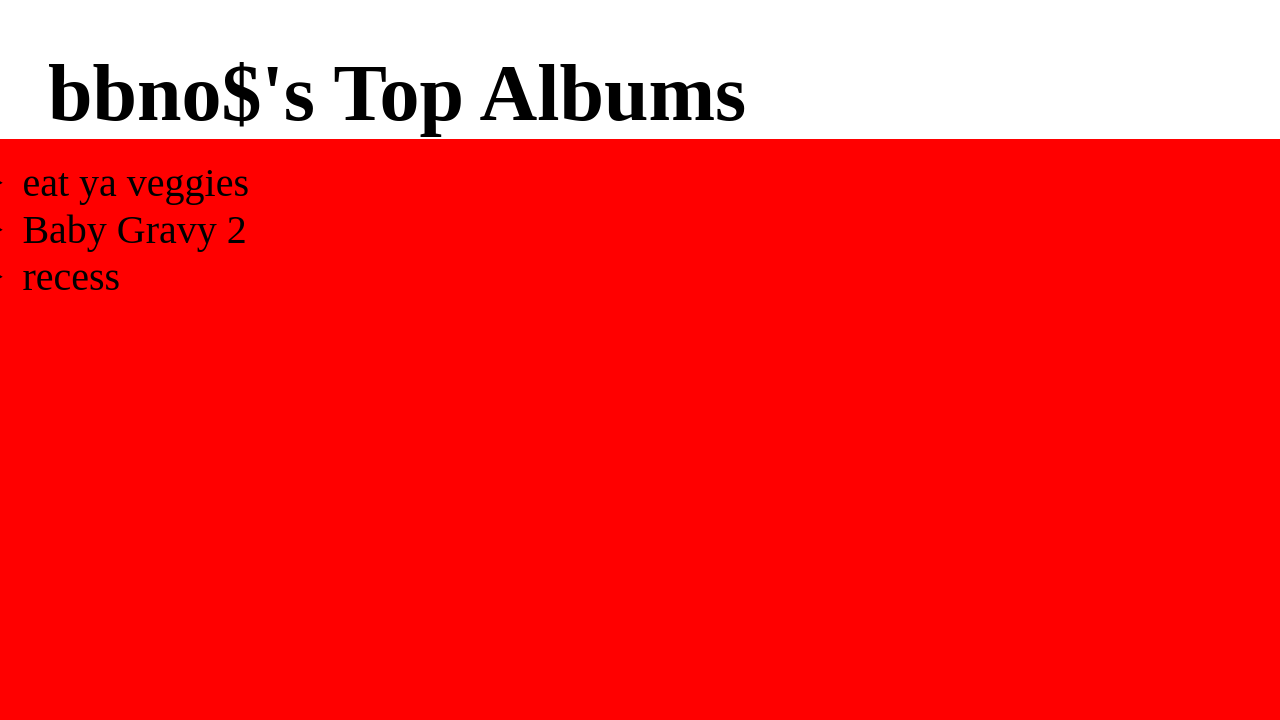
Repository: Jennica1/Lab1
Page: /
An editor plug-in stored every save of this project. The page is shown before and after the next save, followed by the edit.
The browser window is 1280 px wide. The pictures show the whole page.
The project was rebuilt for these pictures with package versions that can differ from the ones it lists, and the page was loaded fresh each time. Also part of the build but not shown: vite.config.js.

Above is the page before, as saved 2024-09-09 18:28:49.

After the next save:
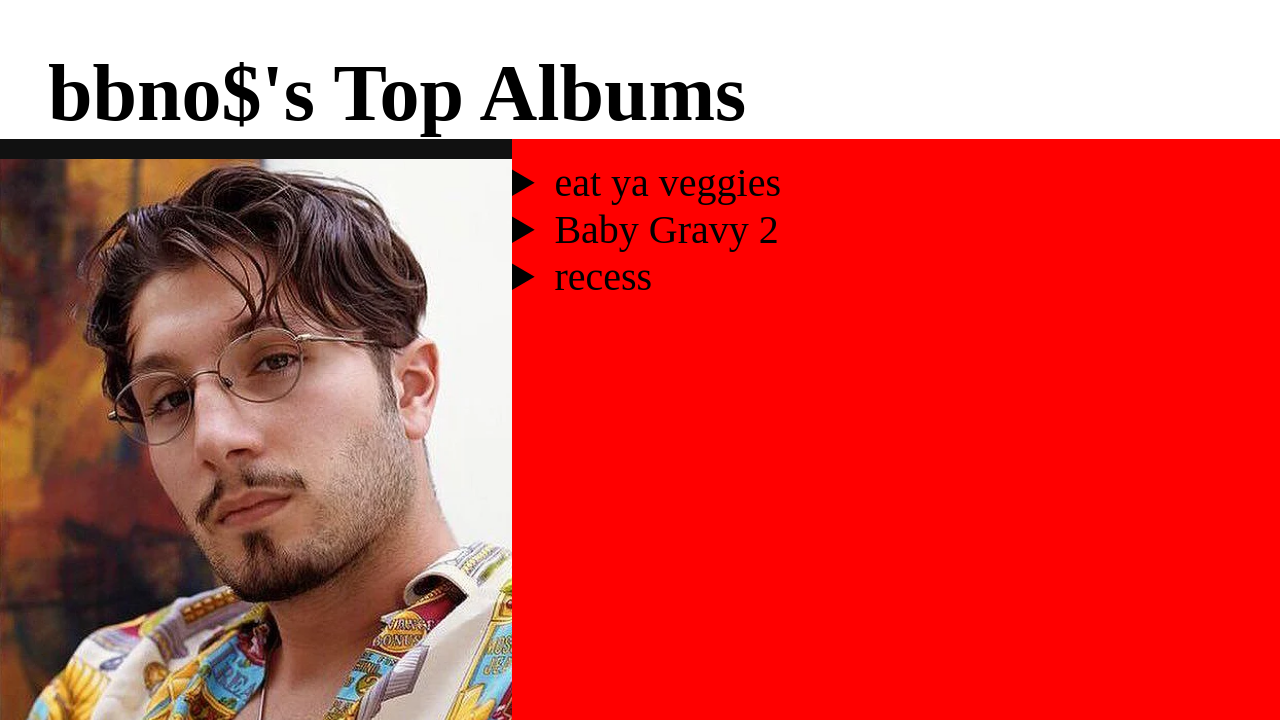
Saved 5 s later.
--- a/src/App.css
+++ b/src/App.css
@@ -20,10 +20,10 @@
 .split {
 position: fixed;
 height: 100%;
-width: 100%;
+width: 50%;
 overflow-x: hidden;
-padding: 20px;
-
+padding-top: 20px;
+display: flex;
 }
 
 .left {
@@ -32,6 +32,7 @@
 }
 
 .right {
+  width: 60%;
   right: 0;
   background-color: red;
 }
